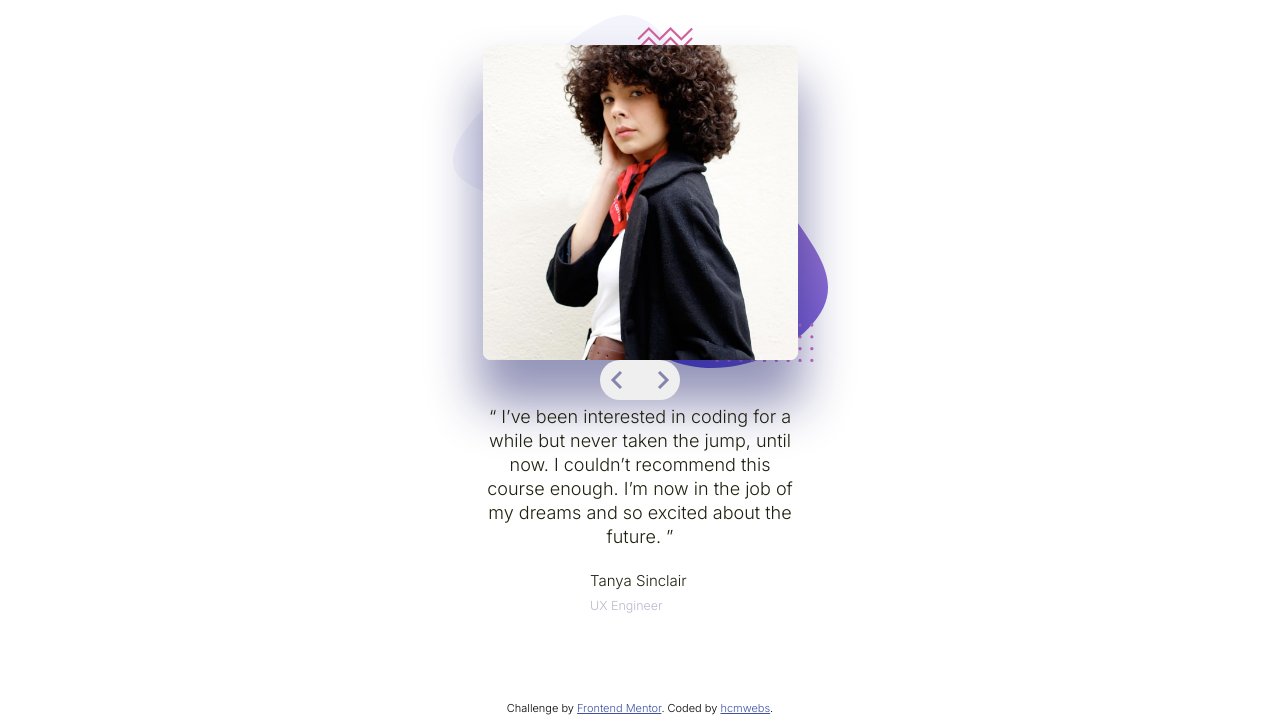
Repository: Hcmwebs/Coding-Bootcamp-Testimonials
Page: index.html
An editor plug-in stored every save of this project. The page is shown before and after the next save, followed by the edit.
The browser window is 1280 px wide. The pictures show the whole page.
The style sheet was rebuilt from its Sass, Less or Tailwind sources for each picture, by a compiler version that may differ from the author's.

Above is the page before, as saved 2020-10-30 14:15:19.

### index.html
<!DOCTYPE html>
<html lang="en">
  <head>
    <meta charset="UTF-8" />
    <meta name="viewport" content="width=device-width, initial-scale=1.0" />
    <!-- displays site properly based on user's device -->

    <link
      rel="icon"
      type="image/png"
      sizes="32x32"
      href="./images/favicon-32x32.png"
    />
    <link rel="stylesheet" href="css/main.css" />
    <title>Frontend Mentor | Coding Bootcamp Testimonials Slider</title>

    <!-- Feel free to remove these styles or customise in your own stylesheet 👍 -->
    <style>
      .attribution {
        font-size: 11px;
        text-align: center;
      }
      .attribution a {
        color: hsl(228, 45%, 44%);
      }
    </style>
  </head>
  <body>
    <div class="container">
      <div class="card">
        <div class="card__header">
          <img
            src="images/image-tanya.jpg"
            alt="Profile Tanya"
            id="profileTanya"
            class="card__header--profileImg"
          />
          <button id="buttons">
            <img src="images/icon-prev.svg" alt="icon-prev" />
            <img src="images/icon-next.svg" alt="icon-next" />
          </button>
        </div>

        <div class="card__body">
          <h2>
            “ I’ve been interested in coding for a while but never taken the
            jump, until now. I couldn’t recommend this course enough. I’m now in
            the job of my dreams and so excited about the future. ”
          </h2>
          <div class="card__body--captionTxt">
            <p>Tanya Sinclair</p>
            <small>UX Engineer </small>
          </div>
        </div>
      </div>
    </div>
    <!-- “ I’ve been interested in coding for a while but never taken the jump, until
    now. I couldn’t recommend this course enough. I’m now in the job of my
    dreams and so excited about the future. ” Tanya Sinclair UX Engineer “ If
    you want to lay the best foundation possible I’d recommend taking this
    course. The depth the instructors go into is incredible. I now feel so
    confident about starting up as a professional developer. ” John Tarkpor
    Junior Front-end Developer -->

    <div class="attribution">
      Challenge by
      <a href="https://www.frontendmentor.io?ref=challenge" target="_blank"
        >Frontend Mentor</a
      >. Coded by
      <a href="https://github.com/Hcmwebs" target="_blank">hcmwebs</a>.
    </div>
    <script src="main.js"></script>
  </body>
</html>

### scss/main.scss
@import url('https://fonts.googleapis.com/css2?family=Inter:wght@300;400&display=swap');

$font-stack:'Inter',sans-serif;
$primaryColor : rgba(32, 32, 17, 1.0);
$secondaryColor : rgba(185, 185, 206, 1.0);
$boxShadowColor:rgba(36, 36, 113,0.49);


@mixin gridCenter{
  display: grid;
  place-items: center;
}

@mixin flexCenter {
  display: flex;
  justify-content: center;
  align-items: center;

}

@mixin flexSpaceBetween {
  @include flexCenter;
  justify-content: space-between;
}


*{
  margin: 0;
  padding: 0;
  box-sizing: border-box;

}
body{
  font-family: $font-stack;
  font-size: 10px;
  font-weight: 300;
  line-height: 24px;
  height: 100vh;
  width: 100%;
  @include flexCenter;
  flex-direction: column;
}

.container{
  width: 100%;
  height: 100vh;
  @include gridCenter;
  grid-template-columns: 1fr;
}
  .card{
  width: 375px;
  height: 667px;
  padding: 30px;
  @include flexSpaceBetween;
  flex-direction: column;
  background-image: url(/images/pattern-bg.svg);
  background-position: top center;
  background-size:contain;
  background-repeat: no-repeat;

  &__header{
    width: 100%;
    height: 310px;
    @include gridCenter;


    &--profileImg{
      width: 100%;
      height: 100%;
      object-fit: cover;
      border-radius: 0.5rem;
      box-shadow: 0 40px 50px 5px $boxShadowColor;
    }


    button {
      width: 80px;
      height: 40px;
      padding: 10px;
      border-radius: 28px;
      border: none;
      @include flexSpaceBetween;
    }

  }


  &__body{
    width: 100%;
    margin:50px 0;
    @include gridCenter;
    gap: 20px;

    h2{
      font-size: 18px;
      font-weight: 300;
      text-align: center;
      color:$primaryColor;
    }

    &--captionTxt{
      width:100px;
      text-align: left;
      font-size: 15px;
      font-weight: 300;


      p{
        color: $primaryColor;

      }

      small{
        color: $secondaryColor;

      }

    }

  }
}

Loaded but not shown: main.js (no copy from this time; the picture is the same without it)

After the next save:
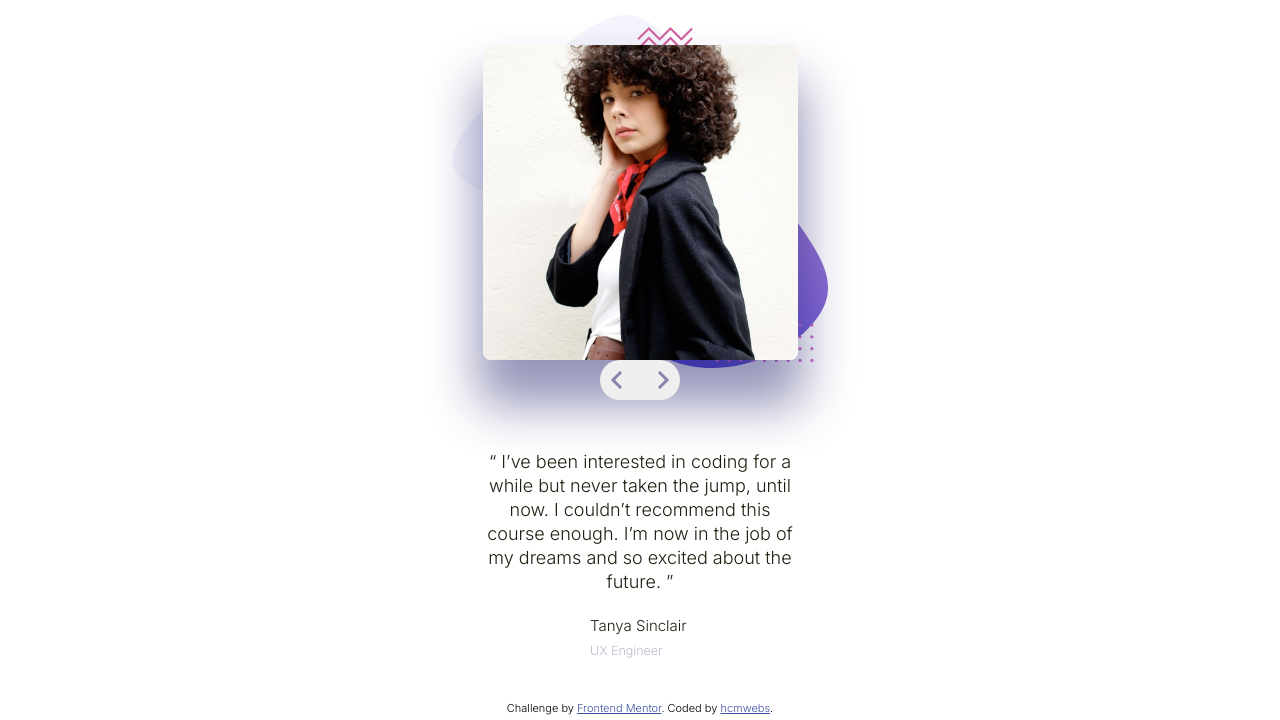
Saved 15 s later.
--- a/scss/main.scss
+++ b/scss/main.scss
@@ -60,7 +60,6 @@
 
   &__header{
     width: 100%;
-    height: 310px;
     @include gridCenter;
 
 

After the save that followed:
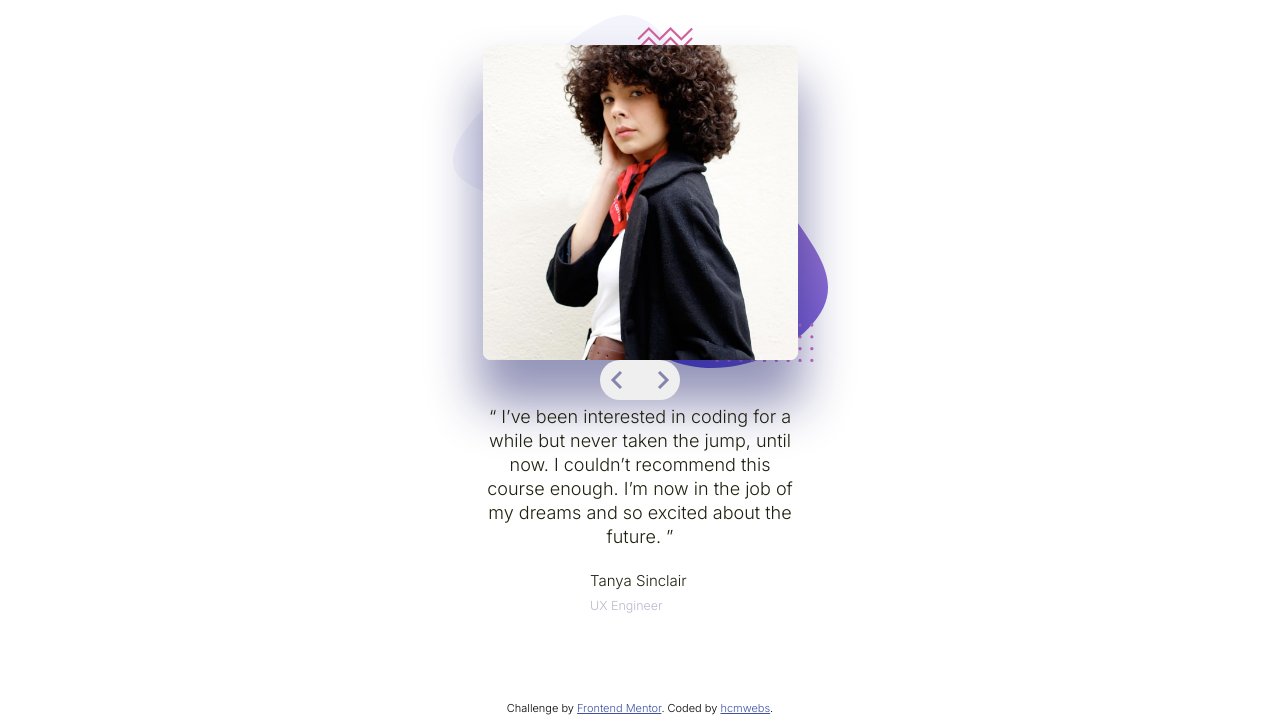
Saved 16 s later.
--- a/scss/main.scss
+++ b/scss/main.scss
@@ -60,6 +60,7 @@
 
   &__header{
     width: 100%;
+    height: 310px;
     @include gridCenter;
 
 
